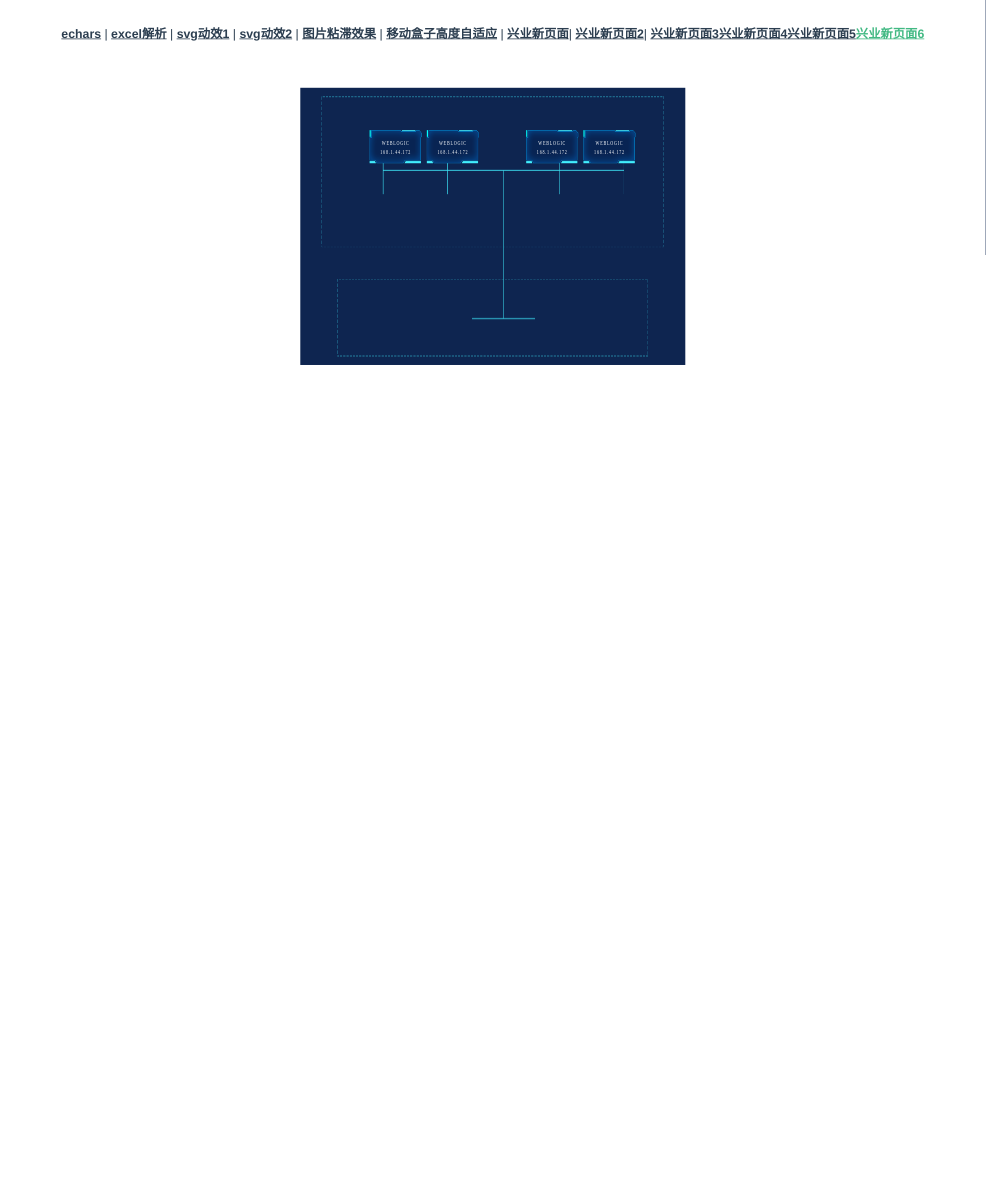
Repository: dmj199811/animation-dmj
Page: /#/work-page8
An editor plug-in stored every save of this project. The page is shown before and after the next save, followed by the edit.
The browser window is 1280 px wide. The pictures show the whole page, at 77% of full size.
The project was rebuilt for these pictures with package versions that can differ from the ones it lists, and the page was loaded fresh each time.

Above is the page before, as saved 2020-07-03 15:49:59.

After the next save:
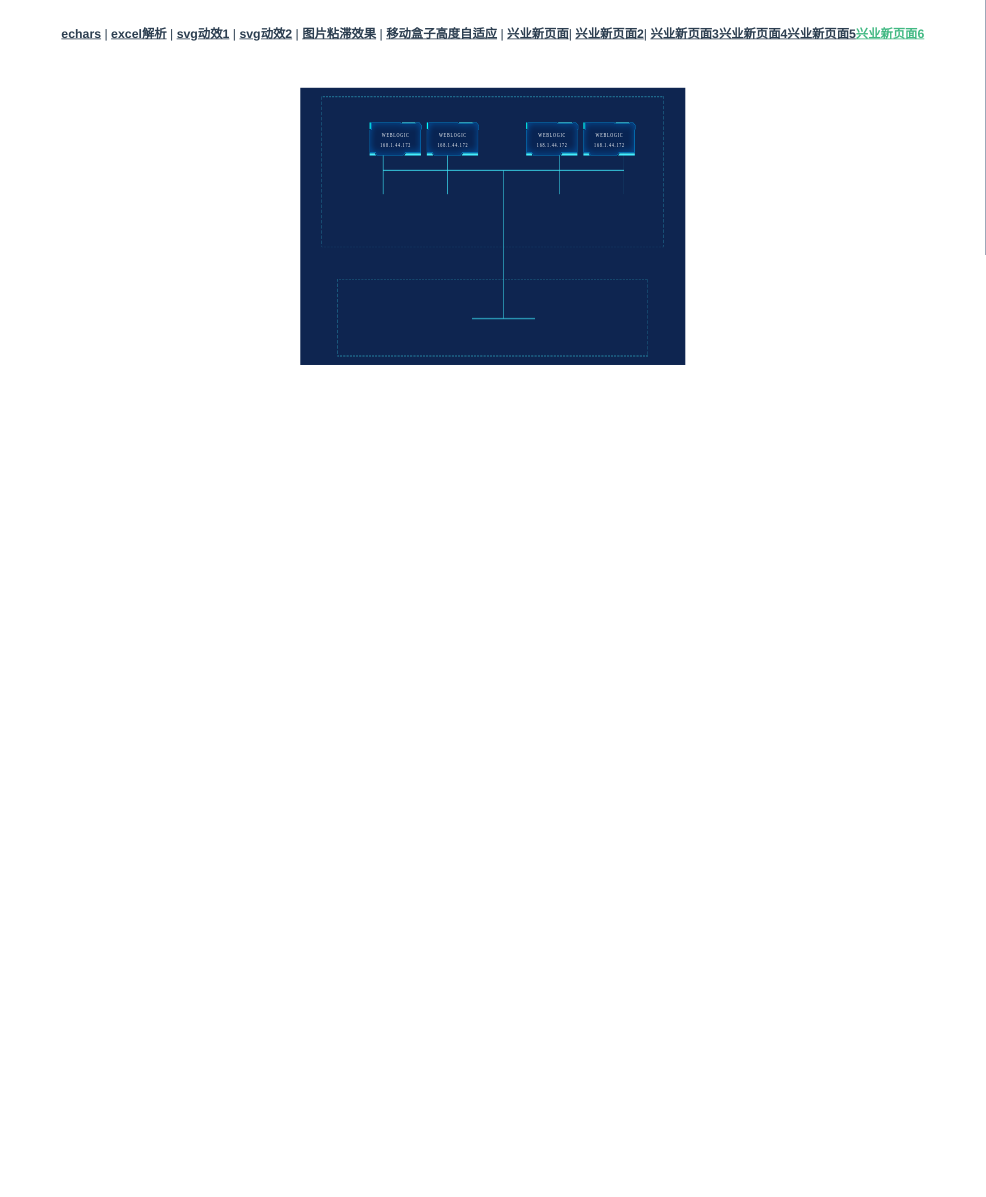
Saved 6 s later.
--- a/src/views/newPage6/index.vue
+++ b/src/views/newPage6/index.vue
@@ -113,7 +113,7 @@ export default {
   width: 450px;
   height: 305px;
   margin-left: 160px;
-  margin-top: 20px;
+  margin-top: 0px;
   display: flex;
   align-content: space-around;
 }
